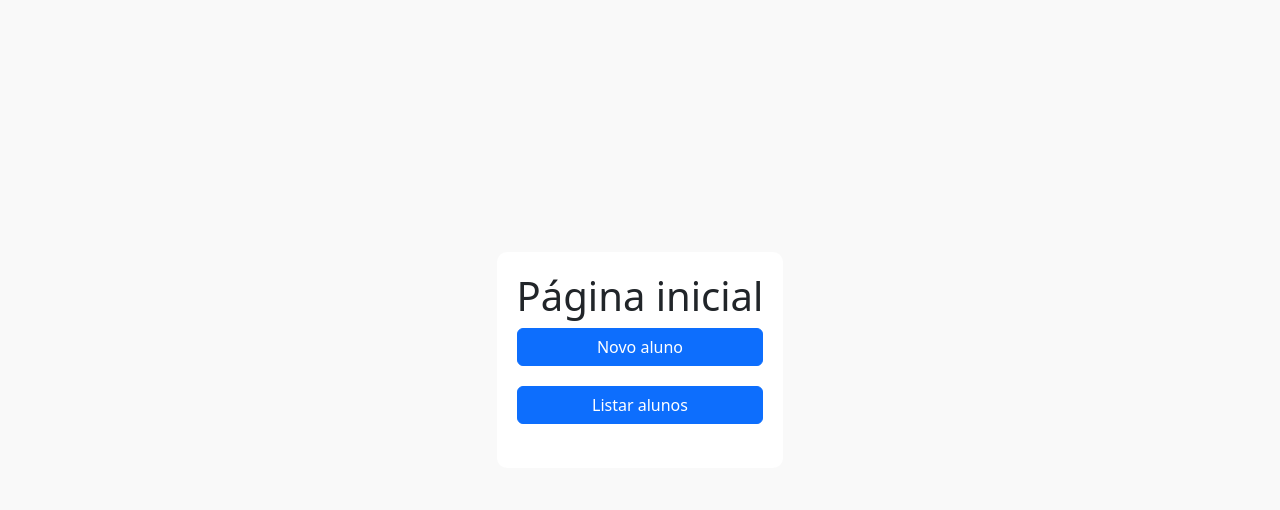
Repository: juliatbarbosa/CRUD-ALUNOS
Page: http://localhost/OlaMundo/alunos/cadastro/index.jsp
An editor plug-in stored every save of this project. The page is shown before and after the next save, followed by the edit.
The browser window is 1280 px wide. The pictures show the whole page.
The page is served by Tomcat 9. Other server files are loaded and not shown.

Above is the page before, as saved 2024-09-29 21:13:49.

### OlaMundo/src/main/webapp/alunos/cadastro/index.jsp
<%@page import="org.alunos.AlunoDAO"%>
<%@ page language="java" contentType="text/html; charset=ISO-8859-1"
    pageEncoding="ISO-8859-1"%>
<!DOCTYPE html>
<html>
<head>
<meta charset="ISO-8859-1">
<title>Página inicial</title>

<link href="https://cdn.jsdelivr.net/npm/bootstrap@5.3.3/dist/css/bootstrap.min.css" rel="stylesheet" integrity="sha384-QWTKZyjpPEjISv5WaRU9OFeRpok6YctnYmDr5pNlyT2bRjXh0JMhjY6hW+ALEwIH" crossorigin="anonymous">
<link href="https://cdn.jsdelivr.net/npm/bootstrap-icons/font/bootstrap-icons.css" rel="stylesheet">

<style>
body {
		display: flex;
		justify-content: center;
		align-items: center;
		height: 100vh;
		background-color: #f9f9f9;

	}

	.conteudoTela {
	background-color: white;
	padding: 20px;
	border-radius: 10px;
	}


	button a {
	text-decoration: none;
	color: white;
}
	.botoes {
    display: flex;
    flex-direction: column;
	gap: 20px;
	}

</style>
</head>
<body>

	<div class="conteudoTela">

	<h1>Página inicial</h1>

	<div class="botoes">
			<button type="button" class="btn btn-primary">
				<a href="formulario.jsp?id=0">Novo aluno</a>
			</button>
			<button type="button" class="btn btn-primary">
				<a href="listar.jsp">Listar alunos</a>
			</button>

		</div>
	<br/>

	</div>

	<%


	//AlunoDAO dao = new AlunoDAO();
	//dao.criarTabela();
	%>

	<script src="https://cdn.jsdelivr.net/npm/bootstrap@5.3.3/dist/js/bootstrap.bundle.min.js" integrity="sha384-YvpcrYf0tY3lHB60NNkmXc5s9fDVZLESaAA55NDzOxhy9GkcIdslK1eN7N6jIeHz" crossorigin="anonymous"></script>
</body>
</html>

After the next save:
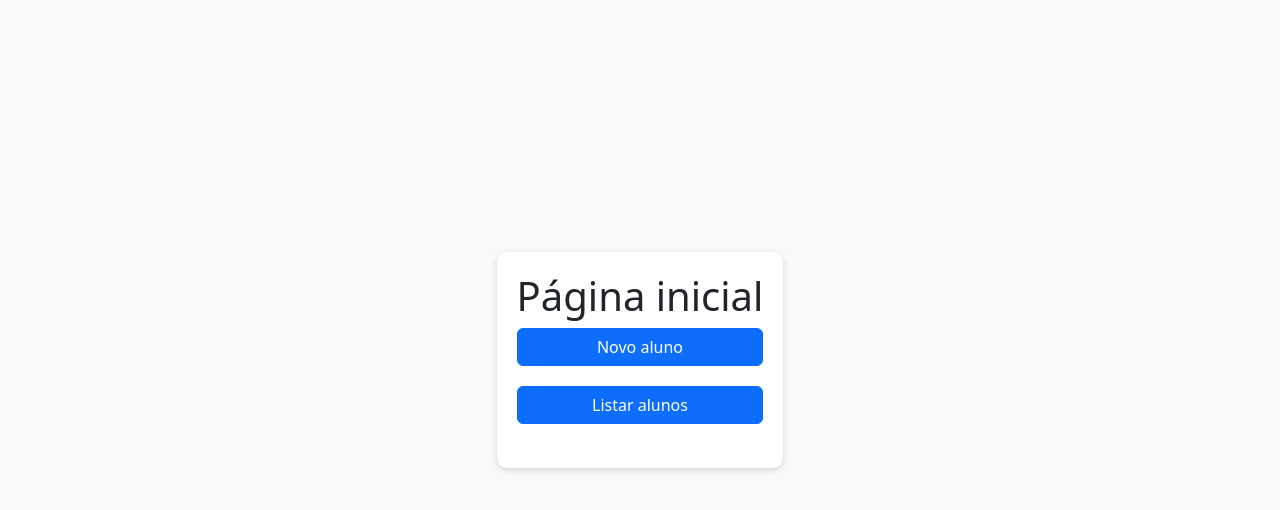
Saved 108 s later.
--- a/OlaMundo/src/main/webapp/alunos/cadastro/index.jsp
+++ b/OlaMundo/src/main/webapp/alunos/cadastro/index.jsp
@@ -24,6 +24,7 @@ body {
 	background-color: white;
 	padding: 20px;
 	border-radius: 10px;
+	box-shadow: 0 2px 6px 0px rgba(0, 0, 0, 0.15);
 	}
 
 
